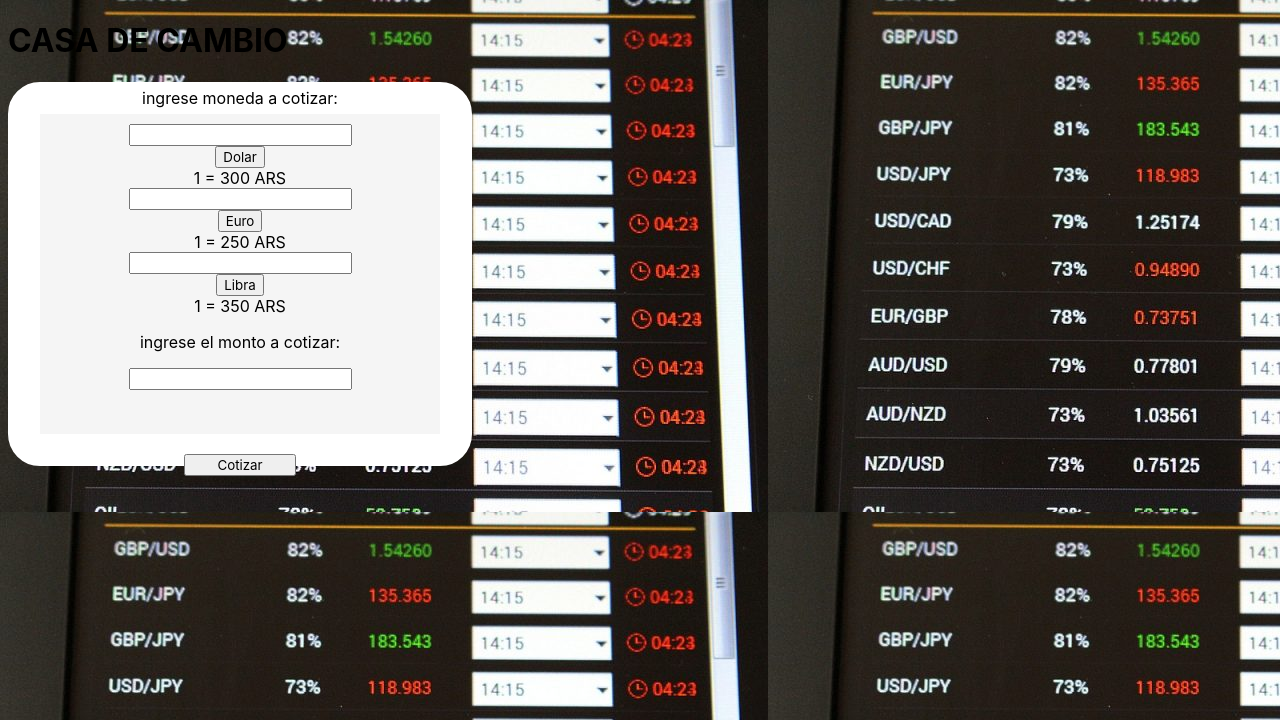
Repository: AgusL01/Bootstrap-Agustin-lago-
Page: Desktop/clases coder/proyecto-final-agustin-lago-main/index.html
The author's editor kept a copy of each file at every save. The page is drawn from the files as they stood at one save, then again after the next save.
The browser window is 1280 px wide. The pictures show the whole page.

Above is the page before, as saved 2022-08-25 14:57:26.
Console error: ReferenceError: getElemenById is not defined

### Desktop/clases coder/proyecto-final-agustin-lago-main/index.html
<!DOCTYPE html>
<html lang="es">
<head>
    <meta charset="UTF-8">
    <meta http-equiv="X-UA-Compatible" content="IE=edge">
    <meta name="viewport" content="width=+, initial-scale=1.0">
    <title>Casa de cambio</title>
    <link rel="stylesheet" href="./css/estilo.css">
</head>
<body>
    <h1>CASA DE CAMBIO</h1>
    <form class="formulario">
            <p>ingrese moneda a cotizar:</p>
            <input><button id="dolar">Dolar</button>1 = 300 ARS</input>
            <input><button id="euro">Euro</button>1 = 250 ARS</input>
            <input><button id="libra">Libra</button>1 = 350 ARS</input>
            <p>ingrese el monto a cotizar:</p>
            <input type="number" name="amount" id="montoCotazar">
            <button class="cotizar">Cotizar</button>
    </form>
    <script src="./js/main.js"></script>
</body>
</html>

### Desktop/clases coder/proyecto-final-agustin-lago-main/css/estilo.css
*{
    font-family: 'Inter', sans-serif;
}
body{
    background-image: url(/imagenes/courses-643727_960_720-768x512.jpg);
    height: 100%;
}
.dolar, .euro, .libra{
display: inline-block;
}
.formulario{
    justify-content: center;
    display: flex;
    flex-direction:column;
    align-items: center;
    text-align: center;
    background-color: #f5f5f5;
    border: 2rem, solid ,white;
    border-radius: 2rem;
    width: 25rem;
    height: 20rem;
}



.cotizar{
    width: 7rem;
    height: 2rem;
    margin-top: 4rem;
}
.titleMain {
    text-align: center;
    font-size: 3rem;
    margin-top: 4rem;
}

### Desktop/clases coder/proyecto-final-agustin-lago-main/js/main.js
/*se declaran en variables el valor de cada moneda*/

    let dolar = 300
    let euro = 250
    let libra = 350

let monedaDolar = getElemenById('dolar')

After the next save:
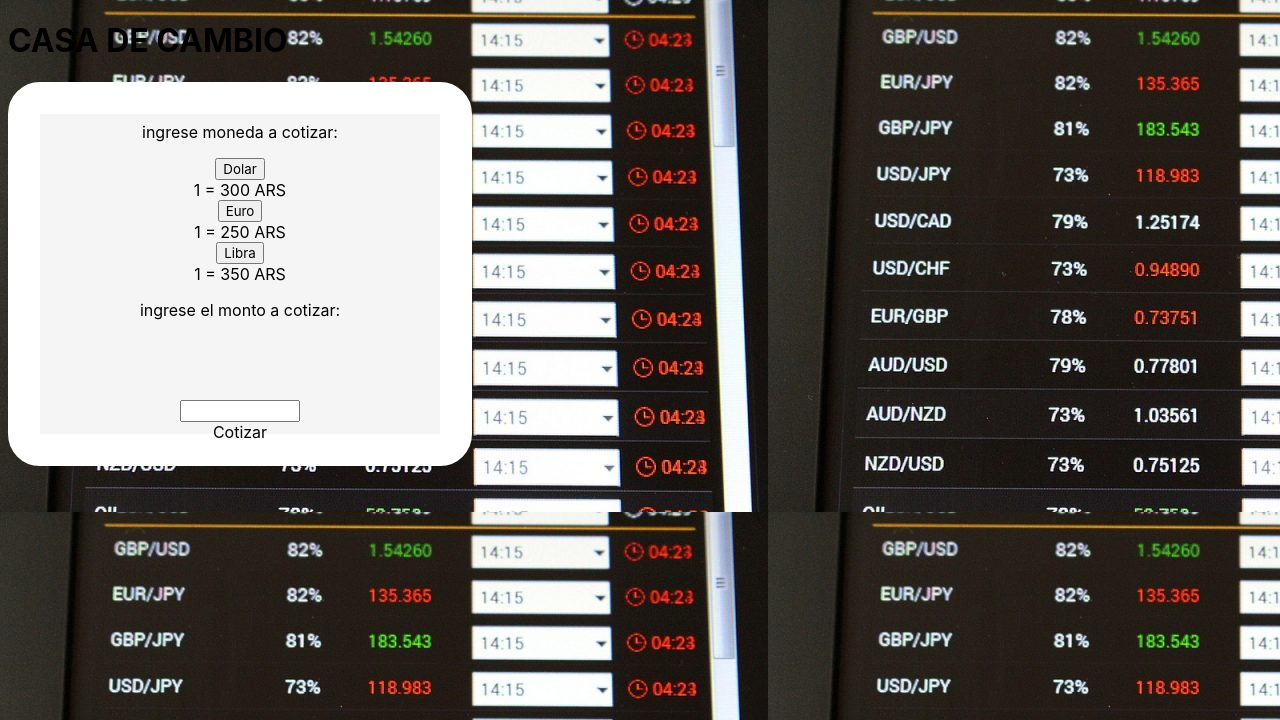
Saved 110 s later.
--- a/Desktop/clases coder/proyecto-final-agustin-lago-main/index.html
+++ b/Desktop/clases coder/proyecto-final-agustin-lago-main/index.html
@@ -11,11 +11,11 @@
     <h1>CASA DE CAMBIO</h1>
     <form class="formulario">
             <p>ingrese moneda a cotizar:</p>
-            <input><button id="dolar">Dolar</button>1 = 300 ARS</input>
-            <input><button id="euro">Euro</button>1 = 250 ARS</input>
-            <input><button id="libra">Libra</button>1 = 350 ARS</input>
+            <button id="dolar">Dolar</button>1 = 300 ARS
+            <button id="euro">Euro</button>1 = 250 ARS
+            <button id="libra">Libra</button>1 = 350 ARS
             <p>ingrese el monto a cotizar:</p>
-            <input type="number" name="amount" id="montoCotazar">
+            <input type="number"
             <button class="cotizar">Cotizar</button>
     </form>
     <script src="./js/main.js"></script>
